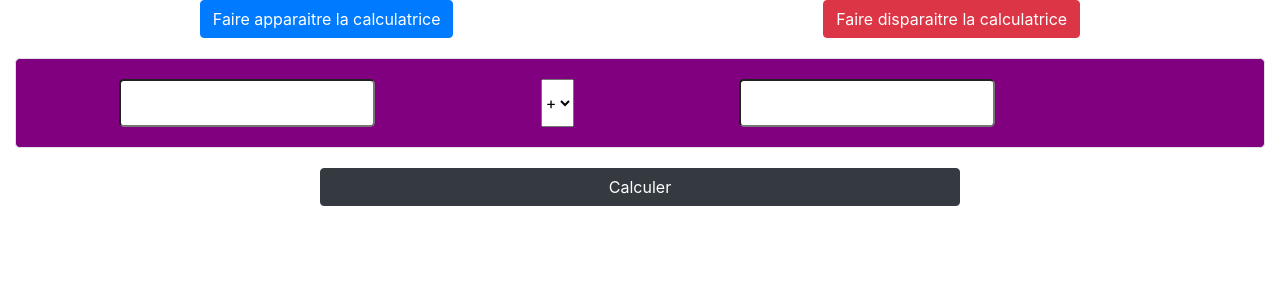
Repository: julieLyM/calculatrice
Page: calculatrice.html
An editor plug-in stored every save of this project. The page is shown before and after a run of saves, followed by the edit.
The browser window is 1280 px wide. The pictures show the whole page.

Above is the page before, as saved 2020-12-08 15:27:20.

After the next 4 saves:
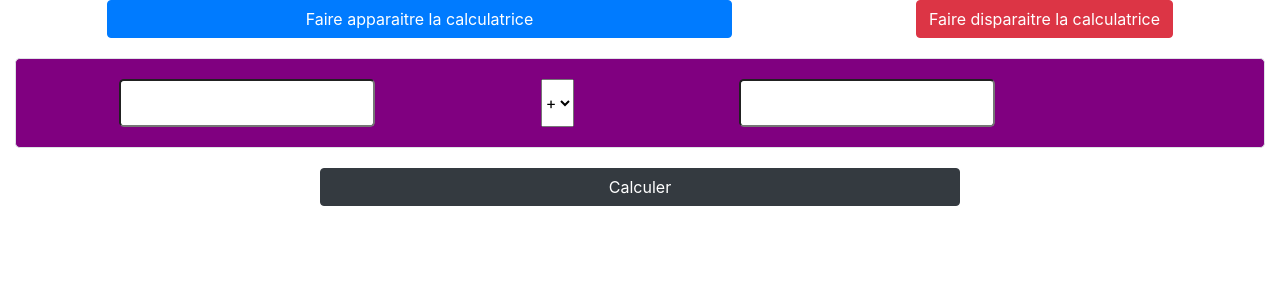
The 4 saves are shown as one change because they came seconds apart.
The last was saved 15 s later.
--- a/calculatrice.html
+++ b/calculatrice.html
@@ -10,7 +10,7 @@
   <body>
     <div class="container-fluid">
         <div class="row justify-content-around" style="margin: 0 auto; text-align:center">
-          <button class="btn btn-primary" id="appear"  style="text-align:center">
+          <button class="btn btn-primary w-50" id="appear">
             Faire apparaitre la calculatrice
           </button>
           <button class="btn btn-danger" id="disapear">
